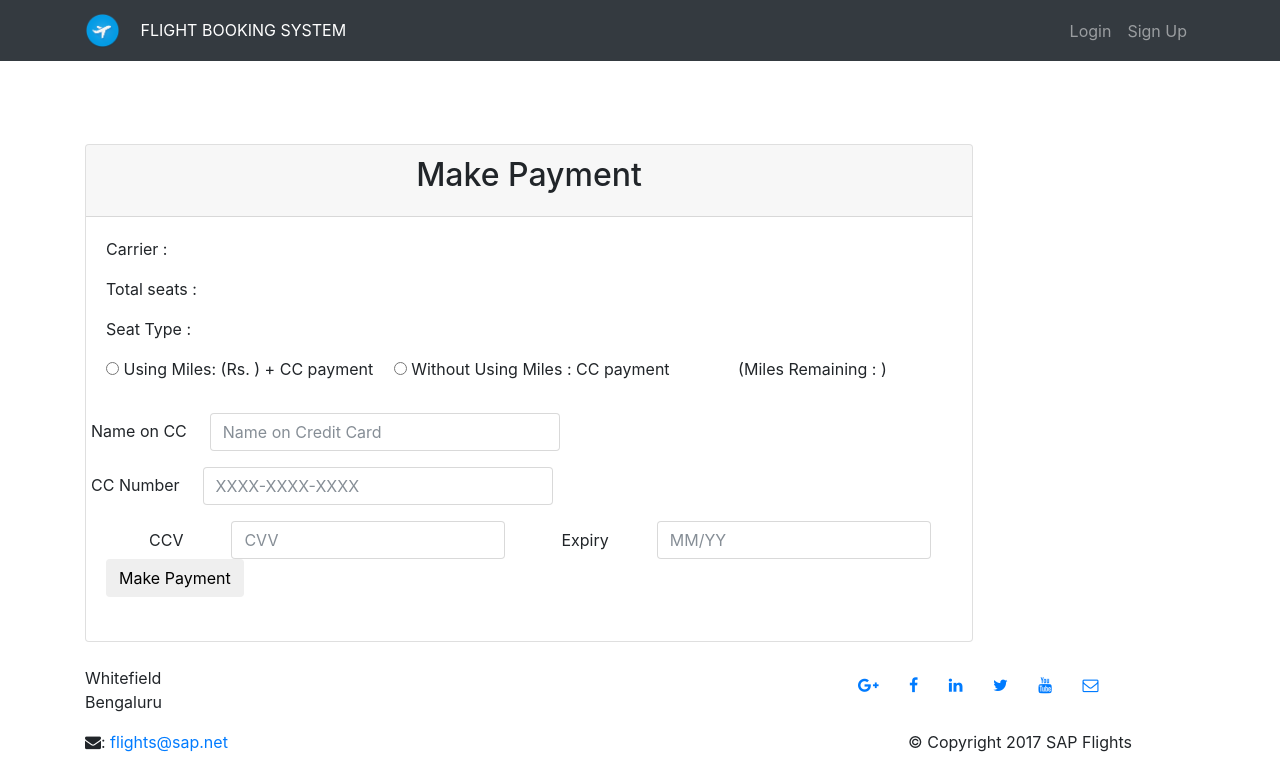
Repository: yashtatia/Spring-Practice
Page: http://localhost/FitnessTracker/WEB-INF/jsp/makePayment.jsp
An editor plug-in stored every save of this project. The page is shown before and after the next save, followed by the edit.
The browser window is 1280 px wide. The pictures show the whole page.
Some web libraries are served in a nearby version. The page is served by Tomcat 9. Nobody is signed in. The template is opened directly, without the code that normally fills it, so the values that code supplies are empty.

Above is the page before, as saved 2017-09-06 07:33:08.
Console error: SyntaxError: Unexpected token ';'

After the next save:
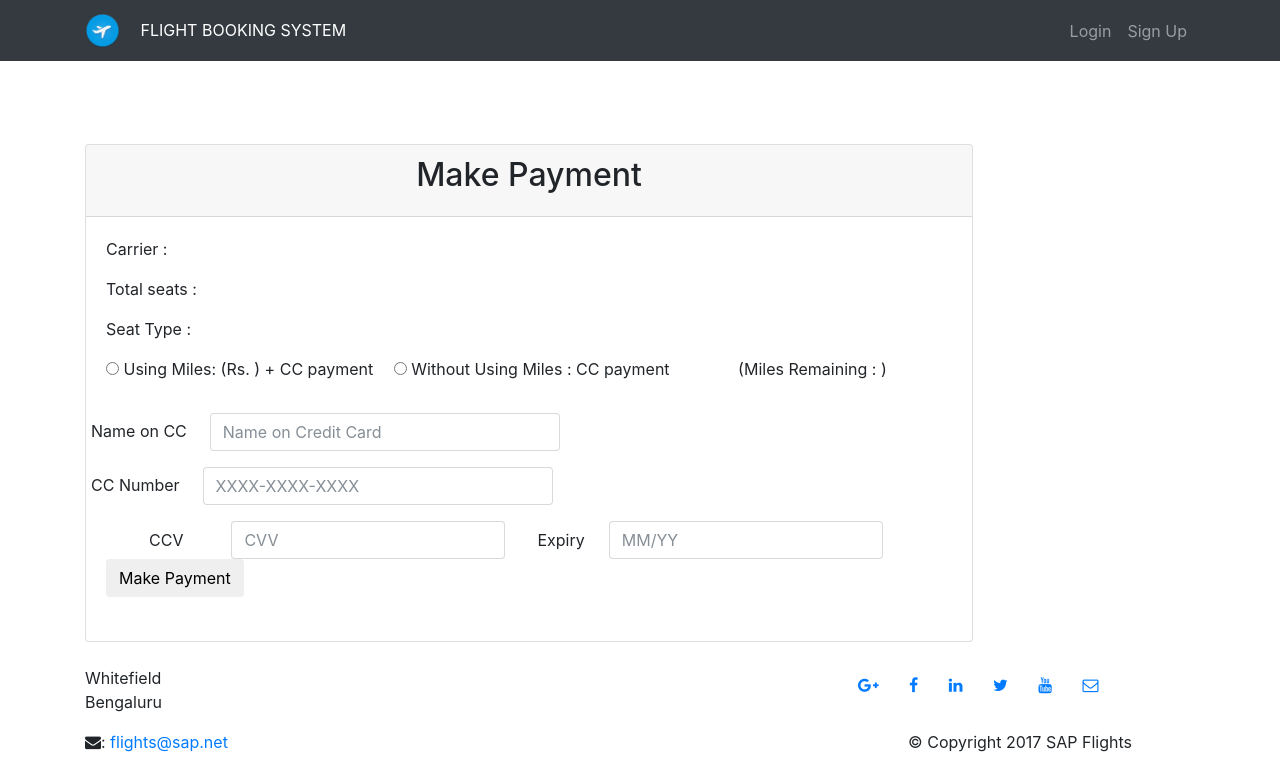
Saved 10 s later.
--- a/FitnessTracker/src/main/webapp/WEB-INF/jsp/makePayment.jsp
+++ b/FitnessTracker/src/main/webapp/WEB-INF/jsp/makePayment.jsp
@@ -55,7 +55,7 @@
 									<div class="form-inline">
 										<label class="mr-sm-2 mb-0 mx-md-5" for="cvv">CCV</label>
 											<form:input path="cc_cvv" type="password" name="cc_cvv" id="cc_cvv" placeholder="CVV" class="form-control mr-sm-2 mb-2 mb-sm-0"  />
-									<label class="mr-sm-2 mb-0 mx-md-5" for="last_name">Expiry</label>
+									<label class="mr-sm-2 mb-0 mx-md-4" for="last_name">Expiry</label>
 											<form:input path="cc_expiry"  type="text" class="form-control mr-sm-2 mb-2 mb-sm-0" name="cc_expiry" id="cc_expiry" placeholder="MM/YY"/>
 									</div>
 							</div>
